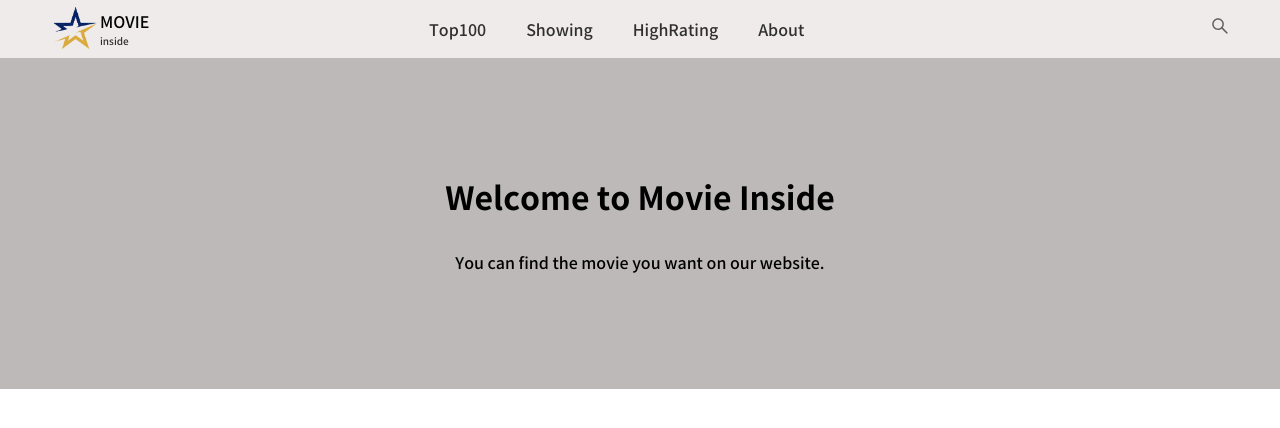
Repository: yangddoddi/Movie-Inside
Page: /
An editor plug-in stored every save of this project. The page is shown before and after the next save, followed by the edit.
The browser window is 1280 px wide. The pictures show the whole page.
The project was rebuilt for these pictures with package versions that can differ from the ones it lists, and the page was loaded fresh each time. Also part of the build but not shown: src/App.css, src/routes/Detail.js.

Above is the page before, as saved 2022-05-02 19:47:03.

After the next save:
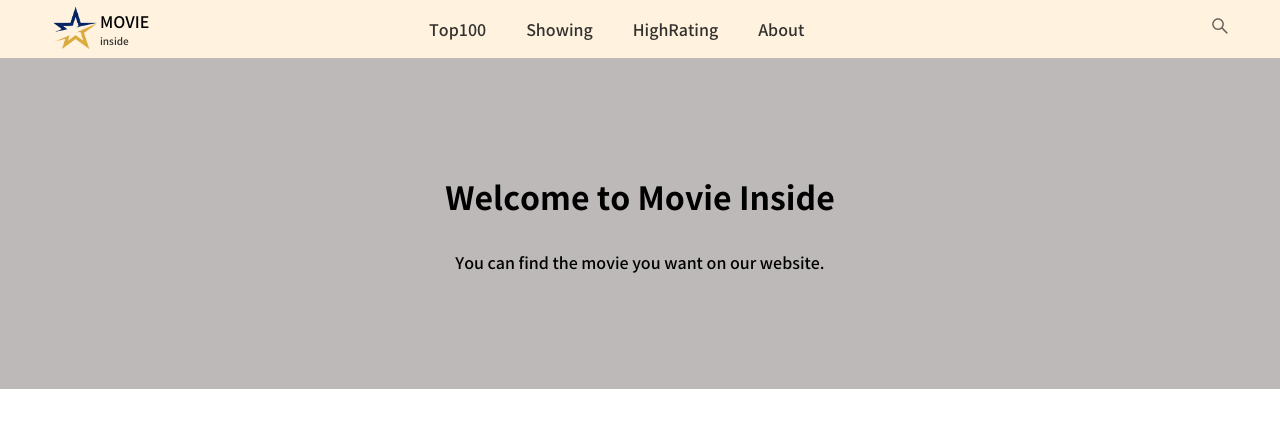
Saved 58 s later.
--- a/src/components/Nav.module.scss
+++ b/src/components/Nav.module.scss
@@ -2,7 +2,7 @@
 
 
 .nav {
-    background-color: #efebeb;
+    background-color: #fff3e0;
     width: 100%;
     height: 8vh;
     padding: 10px 50px 10px 50px;

After the save that followed:
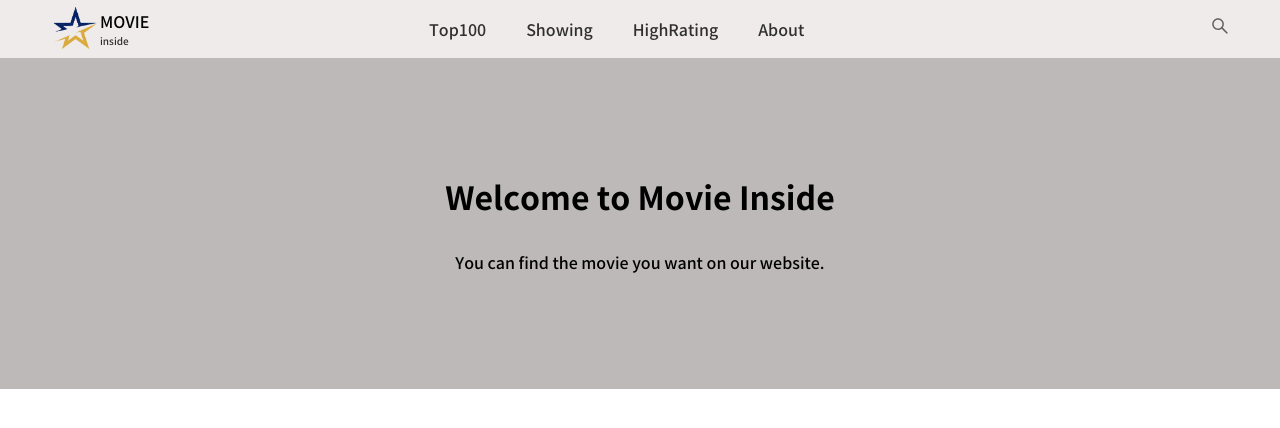
Saved 7 s later.
--- a/src/components/Nav.module.scss
+++ b/src/components/Nav.module.scss
@@ -2,7 +2,7 @@
 
 
 .nav {
-    background-color: #fff3e0;
+    background-color: #efebeb;
     width: 100%;
     height: 8vh;
     padding: 10px 50px 10px 50px;
